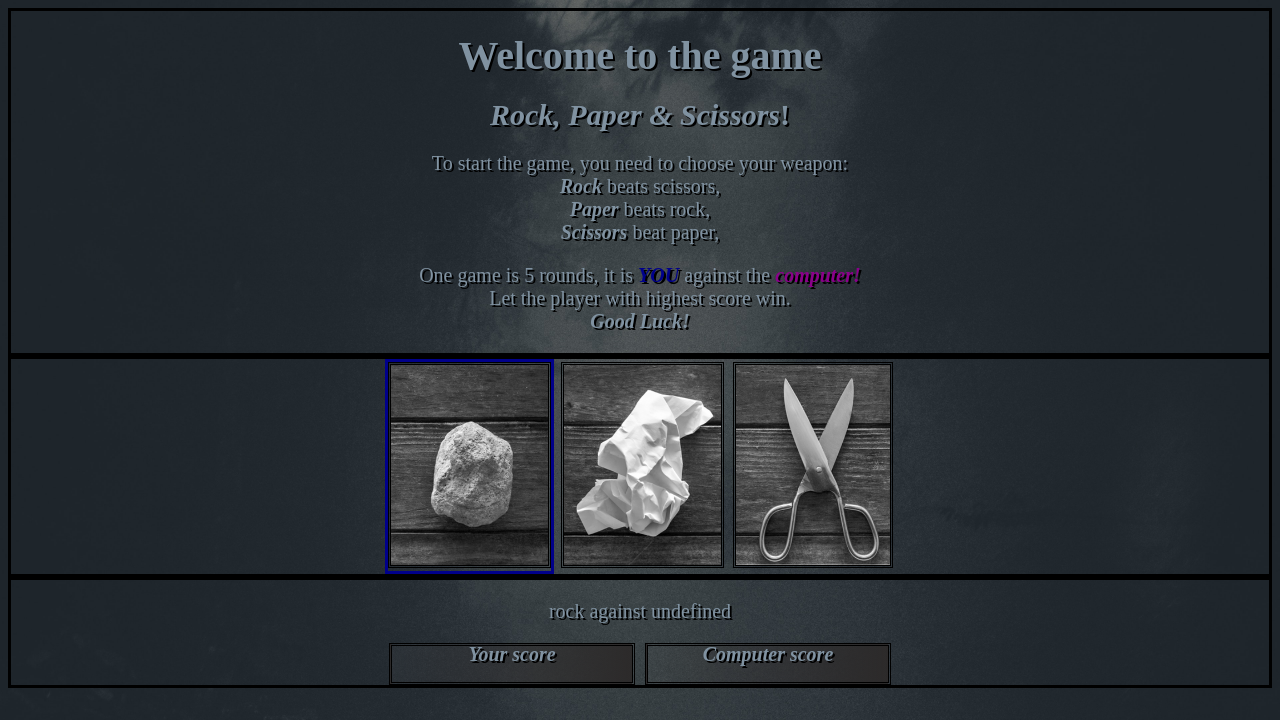
Repository: agneta1991/rock-paper-scissors
Page: Desktop/coding/index.html
These files come from the project's save history. The page is drawn as it stood at one moment and after the next save; the edit follows.
The browser window is 1280 px wide. The pictures show the whole page.
After loading, the first visible `button.rock` was clicked once.

Above is the page before, as saved 2023-03-03 09:54:09.

### Desktop/coding/index.html
<!DOCTYPE html>
<html lang="en">
<head>
    <meta charset="UTF-8">
    <title>Rock Paper Scissors</title>
    <link rel="styleSheet" href='styles.css'>
</head>
<body>
    <script src="javascript.js" defer></script>
    <div class="container1">
        <div class="title">
            <h1>Welcome to the game </h1>
            <h2><span>Rock, Paper & Scissors</span>!</h2>
            <p>To start the game, you need to choose your weapon:<br>
            <span>Rock</span> beats scissors, <br>
            <span>Paper</span> beats rock, <br>
            <span>Scissors</span> beat paper,</p>
            <p>One game is 5 rounds, it is <span style="color: darkblue">YOU</span> against the <span style="color: darkmagenta">computer!</span><br>
            Let the player with highest score win.<br>
        <span>Good Luck!</span></p>
        </div>
    </div>
    <div class ="container2">
        <div class="options">
            <button class="rock"> <img src='images/rock.png'></button>
            <button class="paper"><img src='images/paper.png'></button>
            <button class="scissors"><img src='images/scissors.png'></button>
        </div>
    </div>
    <div class="container3">
        <div id="displayed"></div>
        <div class="score">
            <div class="playerScore"><span>Your score<span></span>
            <p class="displayedPlayerScore"></p></div>
            <div class="computerScore"><span>Computer score<span></span>
            <p class="displayedComputerScore"></p></div></div>
        </div>
    </div>
</body>
</html>

### Desktop/coding/styles.css
body{
    background-image: url('images/background.jpg');
    background-size:100%;
}
h1, h2{
    line-height: 90%;
}

.container1, .container2, .container3{
    border: solid black;
    color: rgb(128, 146, 161);
    text-shadow: 2px 2px black;
    font-size: 20px;
}
span{
    font-weight: bold;
    font-style: italic;
}
.container1{
    display: flex;
    justify-content: center;
    text-align: center;
}


img{
    width: auto ;
    height: 200px ;
    border-style: double;
}

.container2 {
    display: flex;
    justify-content: center;
    gap: 8px;
}
button{
    background-color: transparent;
    padding: 0%;
    border-color: transparent;
}


img {
    -webkit-filter:
    grayscale(100%);
    filter:grayscale(100%);
    -webkit-transition: .2s
    ease-in-out;
    transition: .2s ease-in-out;
}

img:hover {
    -webkit-filter:grayscale(0);
    filter:grayscale(0);

}

.playerScore, .computerScore {
    line-height: 80%;
    border: black;
    width: 240px;
    border-style: double;
    background-image: linear-gradient(to right, rgba(156, 146, 146, 0.055),rgb(44, 42, 42) );
}

.score{
    display: flex;
    justify-content: center;
    text-align: center;
    gap: 10px;

}

#displayed{
    padding: 20px;
    display: flex;
    justify-content: center;
    text-align: center;
}

### Desktop/coding/javascript.js
const choice = ['rock', 'paper', 'scissors'];
function getComputerChoice(){
    let randomChoice = choice[Math.floor(Math.random()*choice.length)];
    console.log(randomChoice);
}

let btn = document.querySelectorAll('button');
btn.forEach((individualBtn)=>{
    individualBtn.addEventListener('click', function getPlayersChoice(){
        let playerChoice = individualBtn.className;
        document.getElementById('displayed').innerHTML = playerChoice + ' against ' + getComputerChoice();

        if (playerChoice === 'rock' || 'paper' || 'scissors'){
            addColor();
        };

        function addColor(){
            individualBtn.style.border = 'solid darkblue';
        }
    });
});

After the next save:
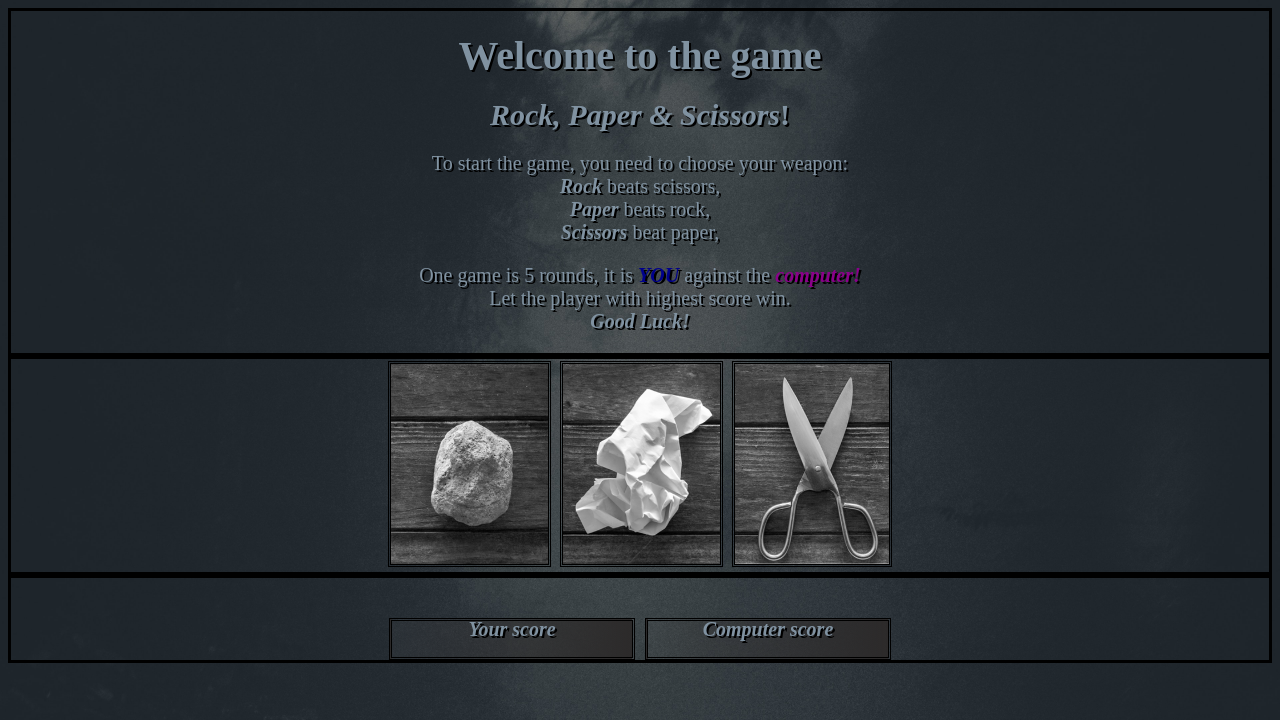
Console error: ReferenceError: comuterChoice is not defined
Saved 64 s later.
--- a/Desktop/coding/javascript.js
+++ b/Desktop/coding/javascript.js
@@ -3,12 +3,13 @@
     let randomChoice = choice[Math.floor(Math.random()*choice.length)];
     console.log(randomChoice);
 }
+let computerChoice = getComputerChoice();
 
 let btn = document.querySelectorAll('button');
 btn.forEach((individualBtn)=>{
     individualBtn.addEventListener('click', function getPlayersChoice(){
         let playerChoice = individualBtn.className;
-        document.getElementById('displayed').innerHTML = playerChoice + ' against ' + getComputerChoice();
+        document.getElementById('displayed').innerHTML = playerChoice + ' against ' + comuterChoice;
 
         if (playerChoice === 'rock' || 'paper' || 'scissors'){
             addColor();

After the save that followed:
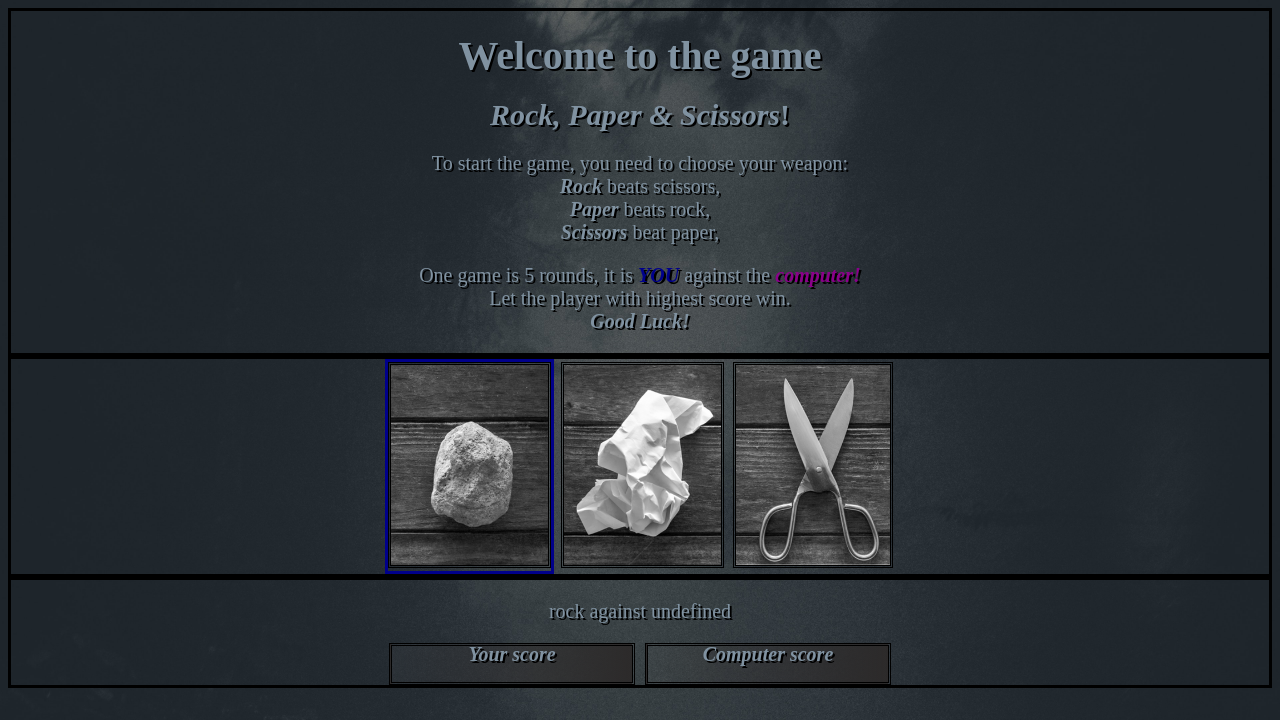
The error is gone.
Saved 27 s later.
--- a/Desktop/coding/javascript.js
+++ b/Desktop/coding/javascript.js
@@ -9,7 +9,7 @@
 btn.forEach((individualBtn)=>{
     individualBtn.addEventListener('click', function getPlayersChoice(){
         let playerChoice = individualBtn.className;
-        document.getElementById('displayed').innerHTML = playerChoice + ' against ' + comuterChoice;
+        document.getElementById('displayed').innerHTML = playerChoice + ' against ' + computerChoice;
 
         if (playerChoice === 'rock' || 'paper' || 'scissors'){
             addColor();
